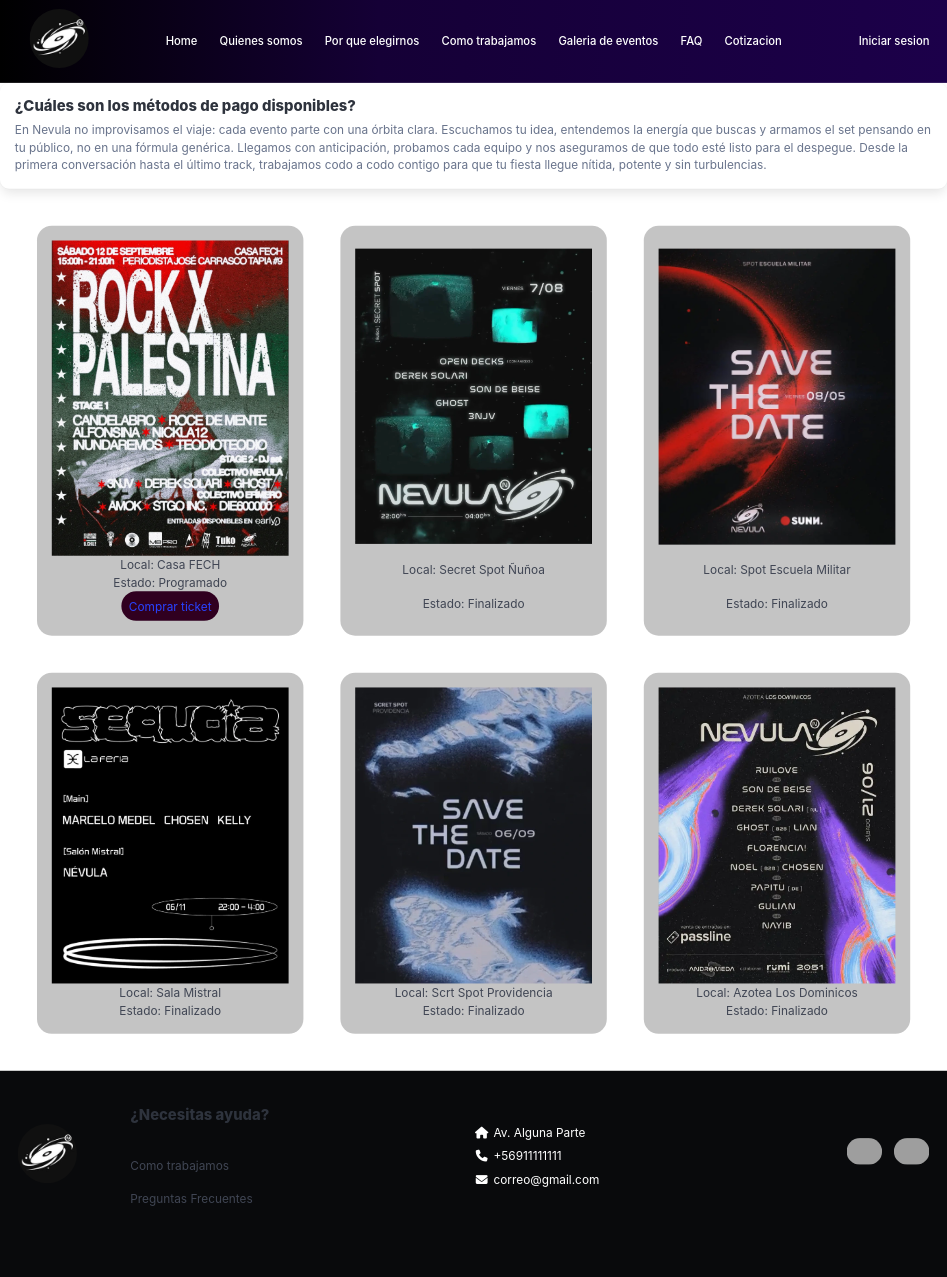
Repository: ChrisMalhue/PaginaNebula
Page: pages/eventos.html
The author's editor kept a copy of each file at every save. The page is drawn from the files as they stood at one save, then again after the next save.
The browser window is 1280 px wide. The pictures show the whole page, at 74% of full size.
Pictures or frames that could not be fetched are drawn as grey boxes.

Above is the page before, as saved 2026-09-09 21:49:30.

After the next save:
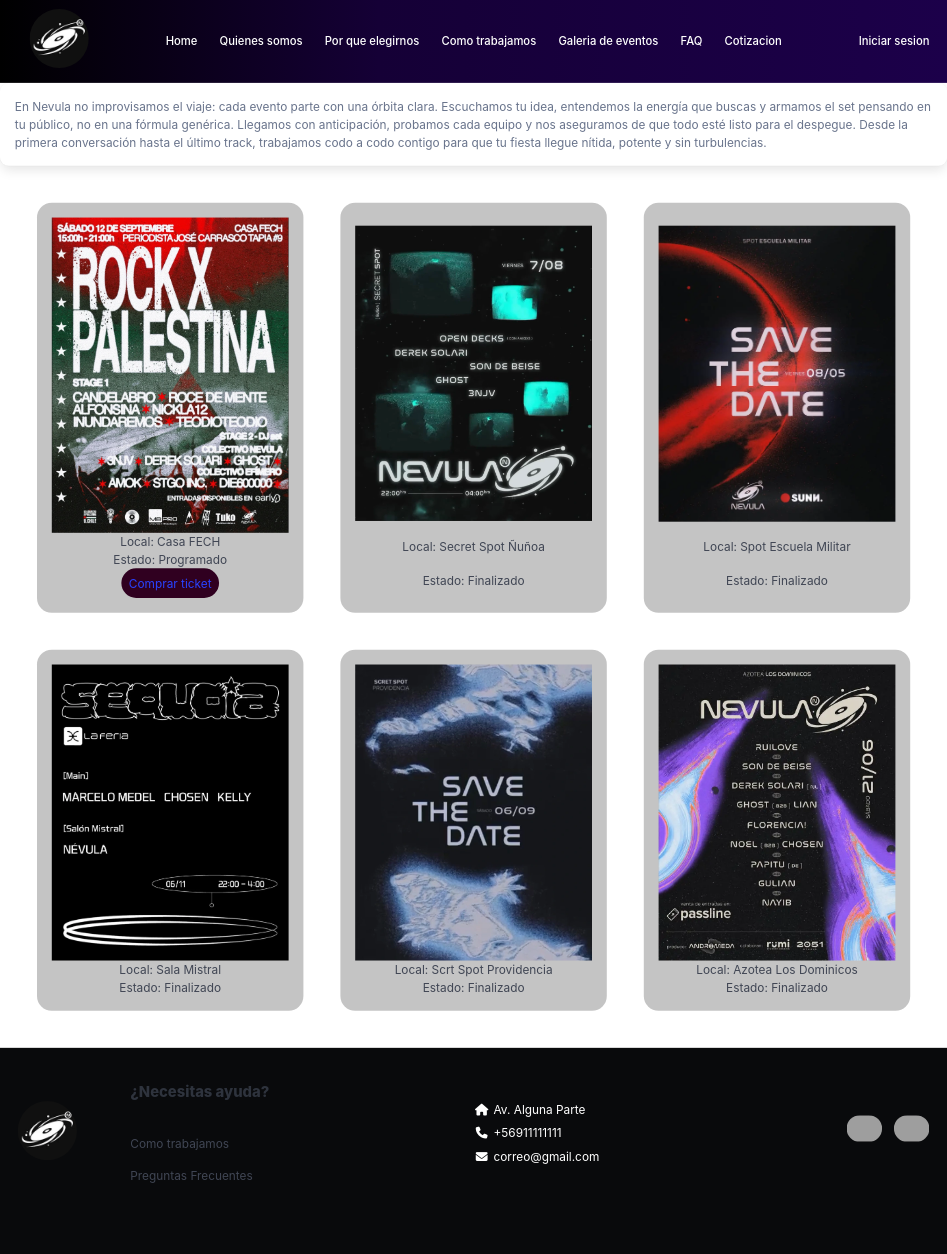
Saved 8 s later.
--- a/pages/eventos.html
+++ b/pages/eventos.html
@@ -14,7 +14,6 @@
     <section id="trabajamos">
 
         <div class="faq-item box mb-4">
-                <h3 class="faq-pregunta title is-5 mb-2">¿Cuáles son los métodos de pago disponibles?</h3>
                 <p class="faq-respuesta has-text-grey">
                     En Nevula no improvisamos el viaje: cada evento parte con una órbita clara. Escuchamos tu idea, entendemos la energía que buscas y armamos el set pensando en tu público, no en una fórmula genérica. Llegamos con anticipación, probamos cada equipo y nos aseguramos de que todo esté listo para el despegue. Desde la primera conversación hasta el último track, trabajamos codo a codo contigo para que tu fiesta llegue nítida, potente y sin turbulencias.
                 </p>
